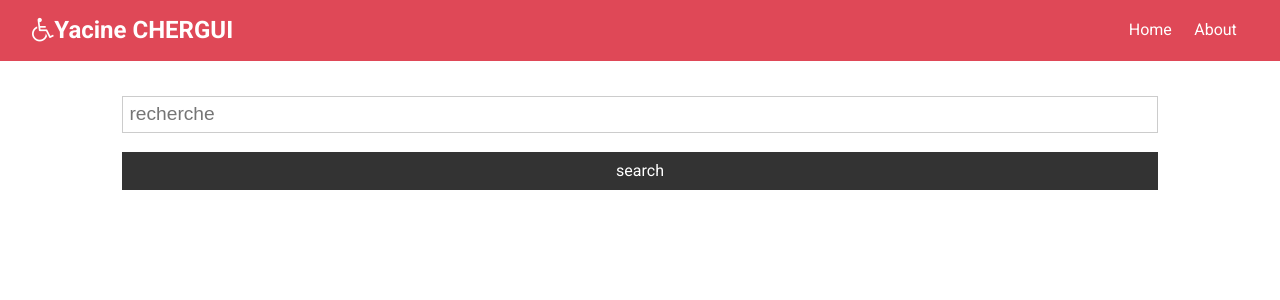
Repository: cherguiyacine/gitHubSearch
Page: /
An editor plug-in stored every save of this project. The page is shown before and after a run of saves, followed by the edit.
The browser window is 1280 px wide. The pictures show the whole page.
The project was rebuilt for these pictures with package versions that can differ from the ones it lists, and the page was loaded fresh each time. Also part of the build but not shown: src/Component/Users/UserItem.js, src/Component/Layout/Spinner.js, src/Component/Layout/Alert.js, src/Authentification.js.

Above is the page before, as saved 2019-11-22 13:28:01.

### public/index.html
<!DOCTYPE html>
<html lang="en">
  <head>
    <meta charset="utf-8" />
    <link rel="icon" href="%PUBLIC_URL%/favicon.ico" />
    <meta name="viewport" content="width=device-width, initial-scale=1" />
    <meta name="theme-color" content="#000000" />
    <meta
      name="description"
      content="Web site created using create-react-app"
    />
    <link rel="apple-touch-icon" href="logo192.png" />

    <link rel="manifest" href="%PUBLIC_URL%/manifest.json" />
    <link
      rel="stylesheet"
      href="https://cdnjs.cloudflare.com/ajax/libs/font-awesome/4.7.0/css/font-awesome.min.css"
    />
    <link
      rel="stylesheet"
      href="https://fonts.googleapis.com/css?family=Roboto:300,400,500,700&display=swap"
    />
    <link
      rel="stylesheet"
      href="https://fonts.googleapis.com/icon?family=Material+Icons"
    />

    <title>Yacine App</title>
  </head>
  <body>
    <noscript>You need to enable JavaScript to run this app.</noscript>
    <div id="root"></div>
  </body>
</html>

### src/index.js
import React from "react";
import ReactDOM from "react-dom";
import "./index.css";
import App from "./App";
import Authentification from "./Authentification";
import * as serviceWorker from "./serviceWorker";

ReactDOM.render(<App />, document.getElementById("root"));

// If you want your app to work offline and load faster, you can change
// unregister() to register() below. Note this comes with some pitfalls.
// Learn more about service workers: https://bit.ly/CRA-PWA
serviceWorker.unregister();

### src/App.js
import React from "react";
import Navbar from "./Component/Layout/Navbar";
import Users from "./Component/Users/Users";
import Search from "./Component/Users/Search";
import Alert from "./Component/Layout/Alert";

import axios from "axios";
import Authentification from "./Authentification";
import "./App.css";

class App extends React.Component {
  state = {
    users: [],
    loading: false,
    alert: null
  };

  searchUser = async text => {
    this.setState({ loading: true });

    const res = await axios.get(
      `https://api.github.com/search/users?q=${text}&client_id=${process.env.REACT_APP_GITHUB_CLIENT_ID}&
      client_secret=${process.env.REACT_APP_GITHUB_CLIENT_SECRET}`
    );
    this.setState({ users: res.data.items, loading: false });
  };

  clearUsers = () => this.setState({ users: [], loading: false });
  alert = (msg, type) => {
    console.log(msg);
    this.setState({ alert: { msg: msg, type: type } });
    setTimeout(() => this.setState({ alert: null }), 4000);
  };
  render() {
    return (
      <div className='App'>
        <Navbar title='Yacine CHERGUI' icon='fa fa-wheelchair'></Navbar>
        <Alert alert={this.state.alert}></Alert>
        <div className='container'>
          <Search
            searchUser={this.searchUser}
            clearUsers={this.clearUsers}
            clearBtn={this.state.users.length}
            alert={this.alert}
          />

          <Users Users={this.state.users} loading={this.state.loading} />
        </div>
      </div>
    );
  }
}

export default App;

### src/Component/Layout/Navbar.js
import React, { Component } from "react";
import PropTypes from "prop-types";

const Navbar = props => {
  return (
    <nav className='navbar bg-primary'>
      <h1>
        <i className={props.icon} />
        {props.title}
      </h1>
      <ul>
        <li>
          <a href=''>Home</a>
        </li>
        <li>
          <a href=''>About</a>
        </li>
      </ul>
    </nav>
  );
};
Navbar.defaultProps = {
  title: "facebook",
  icon: "fa fa-wheelchair"
};

Navbar.propTypes = {
  title: PropTypes.string.isRequired,
  icon: PropTypes.string.isRequired
};

export default Navbar;

### src/Component/Users/Users.js
import React, { Component } from "react";
import UserItem from "./UserItem";
import Spinner from "../Layout/Spinner";

const Users = props => {
  console.log(123);
  if (props.loading) {
    return <Spinner />;
  } else {
    return (
      <div style={UserStyle}>
        {props.Users.map(user => (
          <UserItem user={user} />
        ))}
      </div>
    );
  }
};
const UserStyle = {
  display: "grid",
  gridTemplateColumns: "repeat(3, 1fr)",
  gridGrap: "1rem"
};

export default Users;

### src/Component/Users/Search.js
import React, { Component } from "react";

export class Search extends Component {
  state = {
    text: ""
  };
  onSubmit = e => {
    e.preventDefault();
    if (this.state.text === "") {
      this.props.alert("ERROR", "light");
    } else {
      this.props.searchUser(this.state.text);
      this.setState({ text: "" });
    }
  };
  onChange = e => {
    this.setState({ text: e.target.value });
  };

  render() {
    return (
      <div>
        <form onSubmit={this.onSubmit} className='form'>
          <input
            type='text'
            name='text'
            placeholder='recherche'
            value={this.state.text}
            onChange={this.onChange} // pour doit decriture
          ></input>
          <input
            type='submit'
            value='search'
            className='btn btn-dark btn-block'
          ></input>
        </form>
        {this.props.clearBtn > 0 && (
          <button
            className='btn btn-light btn-block'
            onClick={this.props.clearUsers}
          >
            Clear
          </button>
        )}
      </div>
    );
  }
}

export default Search;

Loaded but not shown: src/index.css (common file); src/serviceWorker.js (common file); src/App.css (common file)

After the next 2 saves:
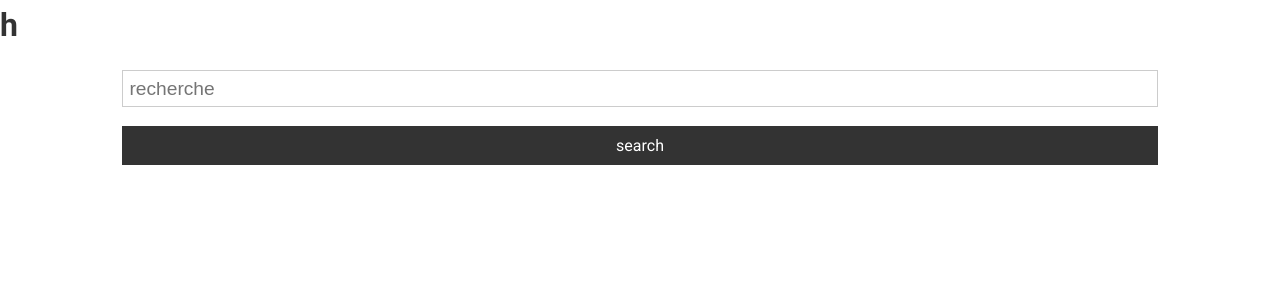
The 2 saves are shown as one change because 1 did not build or start.
The last was saved 4 min 46 s later.
--- a/src/Component/Layout/Navbar.js
+++ b/src/Component/Layout/Navbar.js
@@ -3,20 +3,21 @@
 
 const Navbar = props => {
   return (
-    <nav className='navbar bg-primary'>
-      <h1>
-        <i className={props.icon} />
-        {props.title}
-      </h1>
-      <ul>
-        <li>
-          <a href=''>Home</a>
-        </li>
-        <li>
-          <a href=''>About</a>
-        </li>
-      </ul>
-    </nav>
+    // <nav className='navbar bg-primary'>
+    //   <h1>
+    //     <i className={props.icon} />
+    //     {props.title}
+    //   </h1>
+    //   <ul>
+    //     <li>
+    //       <a href=''>Home</a>
+    //     </li>
+    //     <li>
+    //       <a href=''>About</a>
+    //     </li>
+    //   </ul>
+    // </nav>
+    <h1>h</h1>
   );
 };
 Navbar.defaultProps = {

After the save that followed:
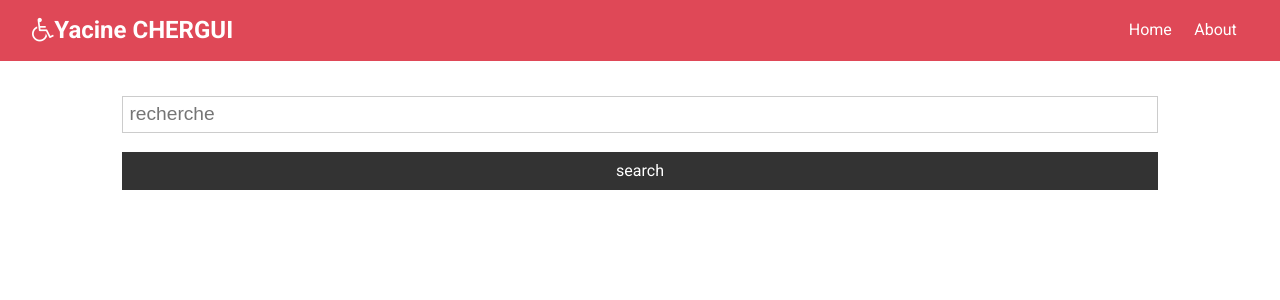
Saved 18 s later.
--- a/src/Component/Layout/Navbar.js
+++ b/src/Component/Layout/Navbar.js
@@ -3,21 +3,20 @@
 
 const Navbar = props => {
   return (
-    // <nav className='navbar bg-primary'>
-    //   <h1>
-    //     <i className={props.icon} />
-    //     {props.title}
-    //   </h1>
-    //   <ul>
-    //     <li>
-    //       <a href=''>Home</a>
-    //     </li>
-    //     <li>
-    //       <a href=''>About</a>
-    //     </li>
-    //   </ul>
-    // </nav>
-    <h1>h</h1>
+    <nav className='navbar bg-primary'>
+      <h1>
+        <i className={props.icon} />
+        {props.title}
+      </h1>
+      <ul>
+        <li>
+          <a href=''>Home</a>
+        </li>
+        <li>
+          <a href=''>About</a>
+        </li>
+      </ul>
+    </nav>
   );
 };
 Navbar.defaultProps = {
